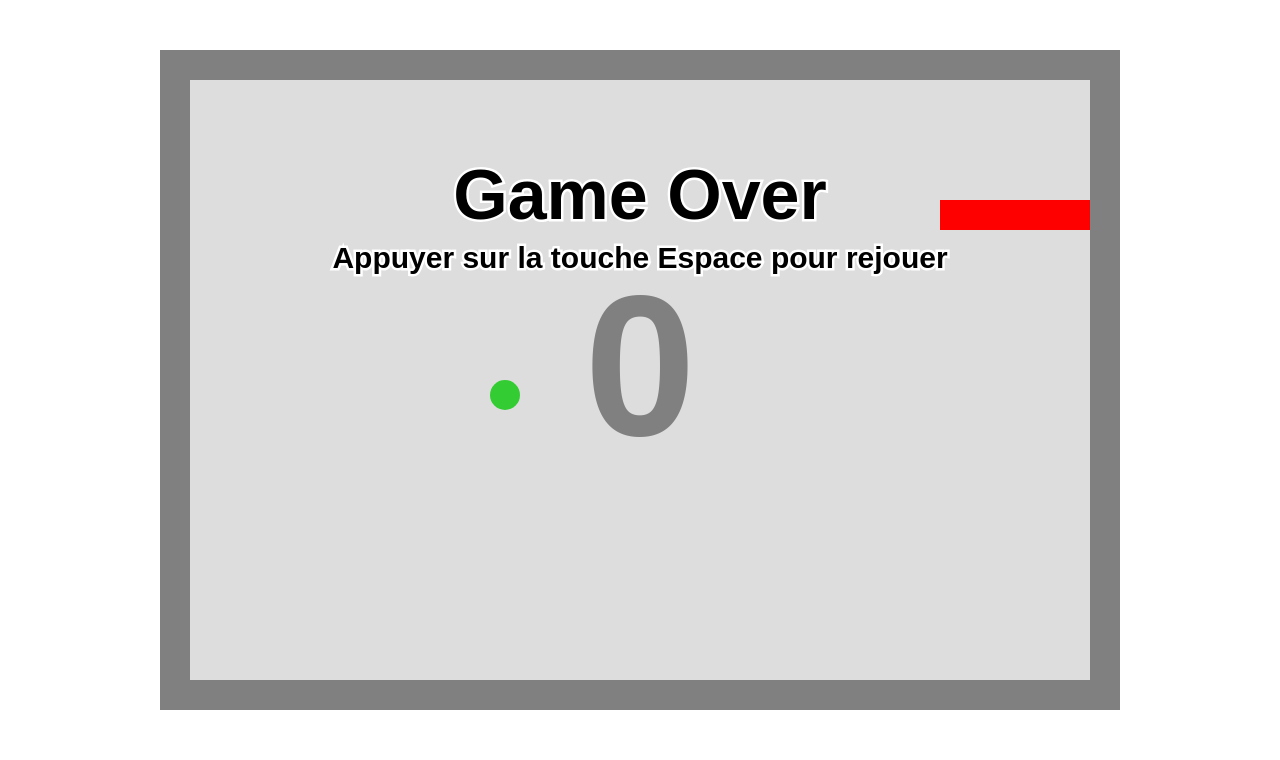
Repository: 0Memo/serpent
Page: index.html
These files come from the project's save history. The page is drawn as it stood at one moment and after the next save; the edit follows.
The browser window is 1280 px wide. The pictures show the whole page.

Above is the page before, as saved 2020-12-16 22:23:54.

### index.html
<!DOCTYPE html>
<html lang="es">
    <head>
        <meta charset="UTF-8">
        <meta name="viewport" content="width=device-width, initial-scale=1.0">
        <title>Juego de la serpiente></title>
    </head>
    <body>

        <script src="js/script.js"></script>
    </body>
</html>

### js/script.js
window.onload = function(){
    var canvasWidth = 900;
    var canvasHeight = 600;
    var blockSize = 30;
    var ctx;
    var delay = 100;
    var snakey;
    var appley;
    var widthInBlocks = canvasWidth / blockSize;
    var heightInBlocks = canvasHeight / blockSize;
    var score;

    init();

    function init(){
        var canvas = document.createElement('canvas');
        canvas.width = canvasWidth;
        canvas.height = canvasHeight;
        canvas.style.border = "30px solid gray";
        canvas.style.margin = "50px auto";
        canvas.style.display = "block";
        canvas.style.backgroundColor = "#ddd";
        document.body.appendChild(canvas);
        ctx = canvas.getContext('2d');
        snakey = new snake([[6,4], [5,4], [4,4], [3,4], [2, 4]], "right");
        appley = new apple([10, 10]);
        score = 0;
        refreshCanvas();

    }

    function refreshCanvas(){
        snakey.advance();
        if(snakey.checkCollision())
        {
            gameOver();
        } else {
            if(snakey.isEatingApple(appley))
            {
                score++;
                snakey.ateApple = true;
                do
                {
                    appley.setNewPosition();
                }
                while(appley.isOnSnake(snakey));
            }
            ctx.clearRect(0, 0, canvasWidth, canvasHeight);
            drawScore();
            snakey.draw();
            appley.draw();
            setTimeout(refreshCanvas,delay);
        }

    }

    function gameOver()
    {
        ctx.save();
        ctx.font = "bold 70px sans-serif";
        ctx.fillStyle = "#000";
        ctx.textAlign = "center";
        ctx.textBaseline = "middle";
        ctx.strokeStyle = "white";
        ctx.lineWidth = 5;
        var centreX = canvasWidth / 2;
        var centreY = canvasHeight / 2;
        ctx.strokeText("Game Over", centreX, centreY - 180);
        ctx.fillText("Game Over", centreX, centreY - 180);
        ctx.font = "bold 30px sans-serif";
        ctx.strokeText("Appuyer sur la touche Espace pour rejouer", centreX, centreY - 120);
        ctx.fillText("Appuyer sur la touche Espace pour rejouer", centreX, centreY -120);
        ctx.restore();
    }

    function restart()
    {
        snakey = new snake([[6,4], [5,4], [4,4], [3,4], [2, 4]], "right");
        appley = new apple([10, 10]);
        score = 0;
        refreshCanvas();
    }

    function drawScore()
    {
        ctx.save();
        ctx.font = "bold 200px sans-serif";
        ctx.fillStyle = "gray";
        ctx.textAlign = "center";
        ctx.textBaseline = "middle";
        var centreX = canvasWidth / 2;
        var centreY = canvasHeight / 2;
        ctx.fillText(score.toString(), centreX, centreY);
        ctx.restore();
    }

    function drawBlock(ctx, position){
        var x = position[0] * blockSize;
        var y = position[1] * blockSize;
        ctx.fillRect(x, y, blockSize, blockSize);
    }

    function snake(body, direction) {
        this.body = body;
        this.direction = direction;
        this.ateApple = false;
        this.draw = function(){
            ctx.save();
            ctx.fillStyle = "#ff0000";
            for(var i = 0; i < this.body.length; i++){
                drawBlock(ctx, this.body[i]);
            }
            ctx.restore();
        };
        this.advance = function(){
            var nextPosition = this.body[0].slice();
            switch(this.direction){
                case "left":
                    nextPosition[0] -=1;
                    break;
                case "right":
                    nextPosition[0] +=1;
                    break;
                case "down":
                    nextPosition[1] +=1;
                    break;
                case "up":
                    nextPosition[1] -=1;
                    break;
                default:
                    throw("Invalid Direction");
            }
            this.body.unshift(nextPosition);
            if(!this.ateApple)
            {
                this.body.pop();
            } else {
                this.ateApple = false;
            }
        };
        this.setDirection = function(newDirection)
        {
            var allowedDirections;
            switch(this.direction){
                case "left":
                case "right":
                    allowedDirections = ["up", "down"];
                    break;
                case "down":
                case "up":
                    allowedDirections = ["left", "right"];
                    break;
                default:
                    throw("Invalid Direction");
            }
            if(allowedDirections.indexOf(newDirection) > -1){
                this.direction = newDirection;
            };
        };
        this.checkCollision = function()
        {
            var wallCollision = false;
            var snakeCollision = false;
            var head = this.body[0];
            var rest = this.body.slice(1);
            var snakeX = head[0];
            var snakeY = head[1];
            var minX = 0;
            var minY = 0;
            var maxX = widthInBlocks  - 1;
            var maxY = heightInBlocks - 1;
            var isNotBetweenHorizontalWalls = snakeX < minX || snakeX > maxX;
            var isNotBetweenVerticalWalls = snakeY < minY || snakeY > maxY;

            if(isNotBetweenHorizontalWalls || isNotBetweenVerticalWalls)
            {
                wallCollision = true;
            }

            for(var i = 0; i < rest.length; i++){
                if(snakeX === rest[i][0] && snakeY === rest[i][1]){
                    snakeCollision = true;
                }
            }
            return wallCollision || snakeCollision;
        };
        this.isEatingApple = function(appleToEat)
        {
            var head = this.body[0];
            if(head[0] === appleToEat.position[0] && head[1] === appleToEat.position[1])
            {
                return true;
            } else {
                return false;
            }
        };
    }

    function apple(position)
    {
        this.position = position;
        this.draw = function(){
            ctx.save();
            ctx.fillStyle = "#33cc33";
            ctx.beginPath();
            var radius = blockSize / 2;
            var x = this.position[0] * blockSize + radius;
            var y = this.position[1] * blockSize + radius;
            ctx.arc(x,y, radius, 0, Math.PI*2, true);
            ctx.fill();
            ctx.restore();
        };
        this.setNewPosition = function()
        {
            var newX = Math.round(Math.random() * (widthInBlocks - 1));
            var newY = Math.round(Math.random() * (heightInBlocks - 1));
            this.position = [newX, newY];
        };

        this.isOnSnake = function(snakeToCheck)
        {
            var isOnSnake = false;
            for(i = 0; i < snakeToCheck.body.length; i++)
            {
                if(this.position[0] === snakeToCheck.body[i][0] && this.position[1] === snakeToCheck.body[i][1])
                {
                    isOnSnake = true;
                }
            }
            return isOnSnake;
        }
    };

    document.onkeydown = function handleKeyDown(e){
    var key = e.keyCode;
    var newDirection;
    switch(key){
        case 37:
            newDirection = "left";
            break;
        case 38:
            newDirection = "up";
            break;
        case 39:
            newDirection = "right";
            break;
        case 40:
            newDirection = "down";
            break;
        case 32:
            restart();
            return;
        default:
            return;
    };
    snakey.setDirection(newDirection);
};
}

After the next save:
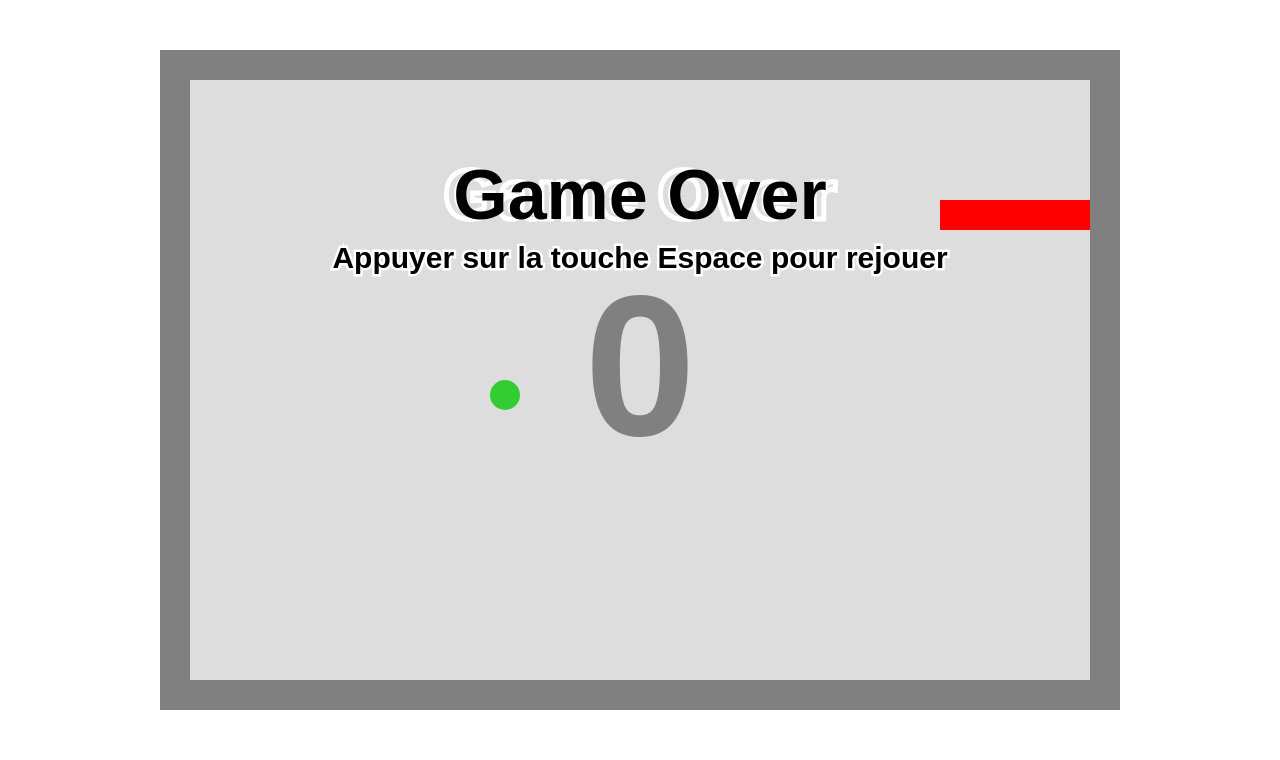
Saved 62 s later.
--- a/js/script.js
+++ b/js/script.js
@@ -65,7 +65,7 @@
         ctx.lineWidth = 5;
         var centreX = canvasWidth / 2;
         var centreY = canvasHeight / 2;
-        ctx.strokeText("Game Over", centreX, centreY - 180);
+        ctx.strokeText("Game Ove r", centreX, centreY - 180);
         ctx.fillText("Game Over", centreX, centreY - 180);
         ctx.font = "bold 30px sans-serif";
         ctx.strokeText("Appuyer sur la touche Espace pour rejouer", centreX, centreY - 120);

After the save that followed:
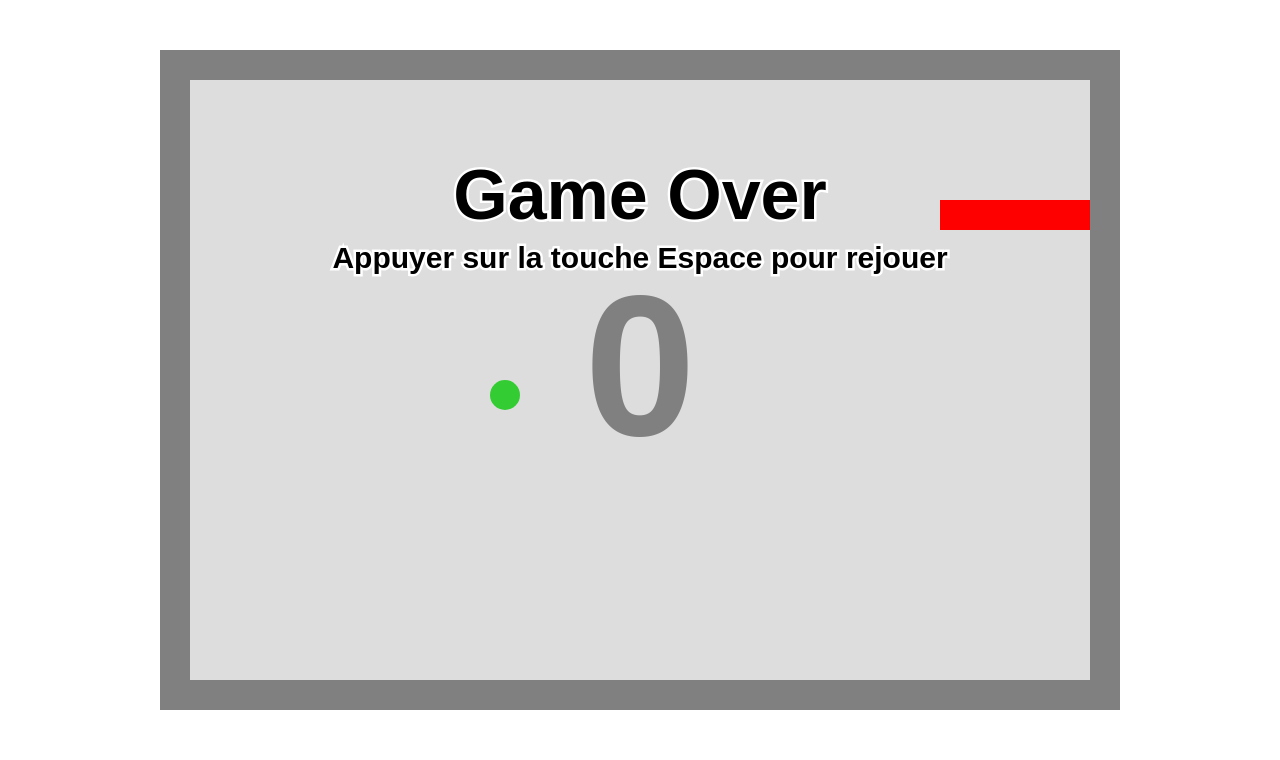
Saved 7 s later.
--- a/js/script.js
+++ b/js/script.js
@@ -65,7 +65,7 @@
         ctx.lineWidth = 5;
         var centreX = canvasWidth / 2;
         var centreY = canvasHeight / 2;
-        ctx.strokeText("Game Ove r", centreX, centreY - 180);
+        ctx.strokeText("Game Over", centreX, centreY - 180);
         ctx.fillText("Game Over", centreX, centreY - 180);
         ctx.font = "bold 30px sans-serif";
         ctx.strokeText("Appuyer sur la touche Espace pour rejouer", centreX, centreY - 120);
